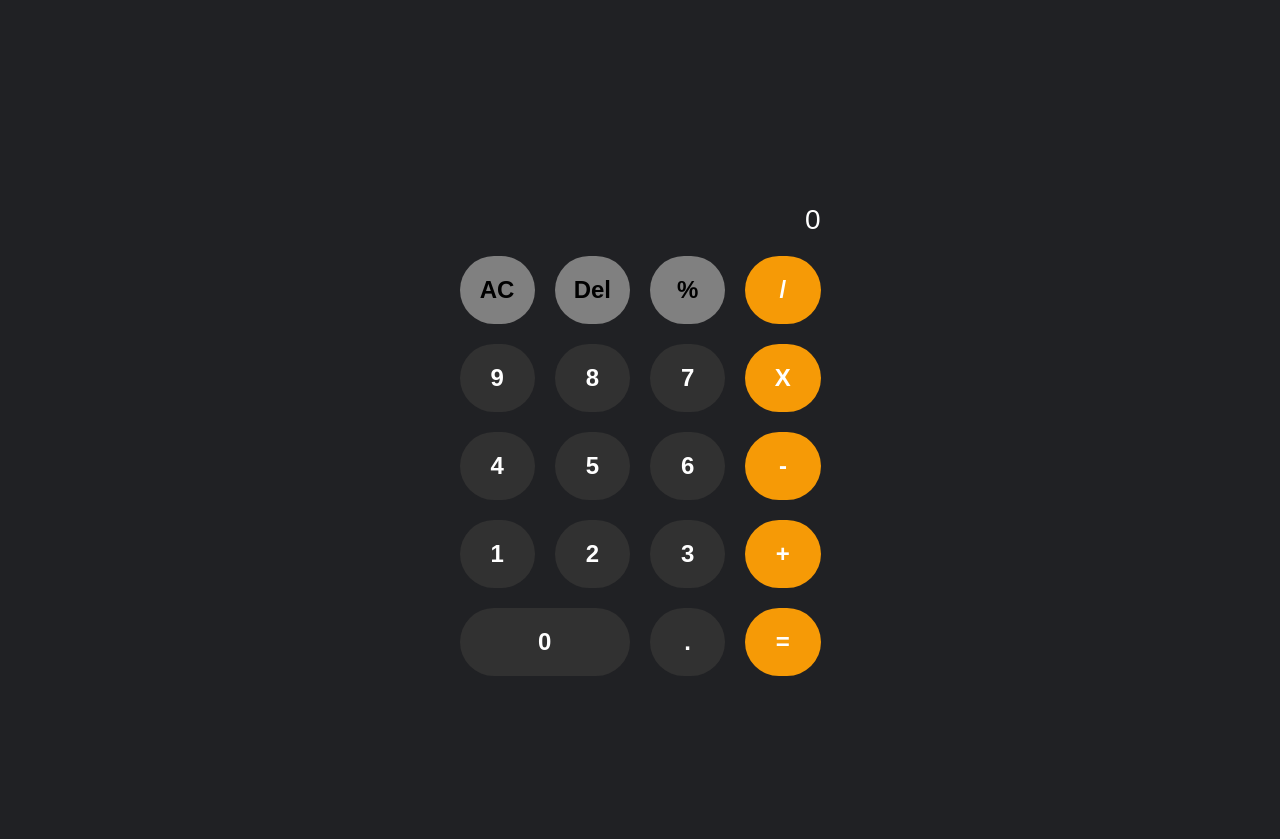
Repository: ble-syn/reactCalculator
Page: /
The author's editor kept a copy of each file at every save. The page is drawn from the files as they stood at one save, then again after the next save.
The browser window is 1280 px wide. The pictures show the whole page.
The project was rebuilt for these pictures with package versions that can differ from the ones it lists, and the page was loaded fresh each time.

Above is the page before, as saved 2022-10-06 22:30:27.

### src/index.css
*{
  margin: 0;
  box-sizing: border-box;
}

body{
  display: flex;
  justify-content: center;
  align-items: center;
  flex-direction: column;
  background-color: #202124;
  color: #fff;
  margin: 12% auto;
  background: #202124;

}
/* .container {
  max-width: 1200px;
  padding: 10px;
} */
#calculator-display {
  border: none;
  width: 100%;
  text-align: right;
  font-size: 28px;
  padding: 50px 10px 10px;
  right: 10px;
  color: #fff;
  background-color: #202124;
}
#calculator-display:focus {
  outline: none;
}
#calculator-display::-webkit-input-placeholder {
  color: #fff;
}
.calculator-keys{
  display: grid;
  grid-template-columns: repeat(4, 1fr);
  grid-gap: 20px;
  margin: 10px;
}
button {
  padding: 20px 15px;
  display: grid;
  place-items: center;
  outline: none;
  border-radius: 50px;
  font-weight: 700;
  border: none;
  color: #fff;
  background-color: #313131;
  font-size: 24px;
  cursor: pointer;
}
button:focus {
  background-color: #D1D1D1;
}
.zero {
  grid-column: 1/3;
}
.gray {
  background-color: gray;
  color: #000;
}
.yellow {
  background-color: #F69A06;
}
.yellow:focus{
  background-color: #ffffff;
  color: #F69A06;
}

### src/App.js
import {useState} from "react";

function App() {
  const [numDisplay, setNumDisplay] = useState("")
  const operators = ["+", "-", "*", "/"]

const numClick = (event) => {
      event.preventDefault()

      let value = event.target.value
      setNumDisplay(numDisplay + value)
}


const deleteNum = () => {
  setNumDisplay(numDisplay.slice(0, -1))
}
const reset = () => {
  setNumDisplay("")
}
const percent = () => {
  setNumDisplay(numDisplay / 100)
}
const equals = () => {
  setNumDisplay(eval(numDisplay))
}

  return (
    <main id="container">
      <div class="calculator">
          <div><input id="calculator-display" type="text" placeholder="0" value={numDisplay} /></div>

        <div class="calculator-keys">
            <button onClick={reset} value=" " class="gray">AC</button>
            <button onClick={deleteNum} value="" class="gray">Del</button>
            <button onClick={percent} value="%" class="gray">%</button>
            <button onClick={numClick} value="/" class="yellow">/</button>
            <button onClick={numClick} value="9">9</button>
            <button onClick={numClick} value="8">8</button>
            <button onClick={numClick} value="7" >7</button>
            <button onClick={numClick} value="*" class="yellow">X</button>
            <button onClick={numClick} value="4">4</button>
            <button onClick={numClick} value="5">5</button>
            <button onClick={numClick} value="6">6</button>
            <button onClick={numClick} value="-" class= "yellow">-</button>
            <button onClick={numClick} value="1">1</button>
            <button onClick={numClick} value="2">2</button>
            <button onClick={numClick} value="3">3</button>
            <button onClick={numClick} value="+" class="yellow">+</button>
            <button onClick={numClick} value="0" class="zero" >0</button>
            <button onClick={numClick} value="." data-action="decimal">.</button>
            <button onClick={equals} value="=" class="yellow">=</button>
        </div>
      </div>
    </main>
  )
}

export default App;

Loaded but not shown: public/index.html (common file); src/index.js (common file); src/reportWebVitals.js (common file)

After the next save:
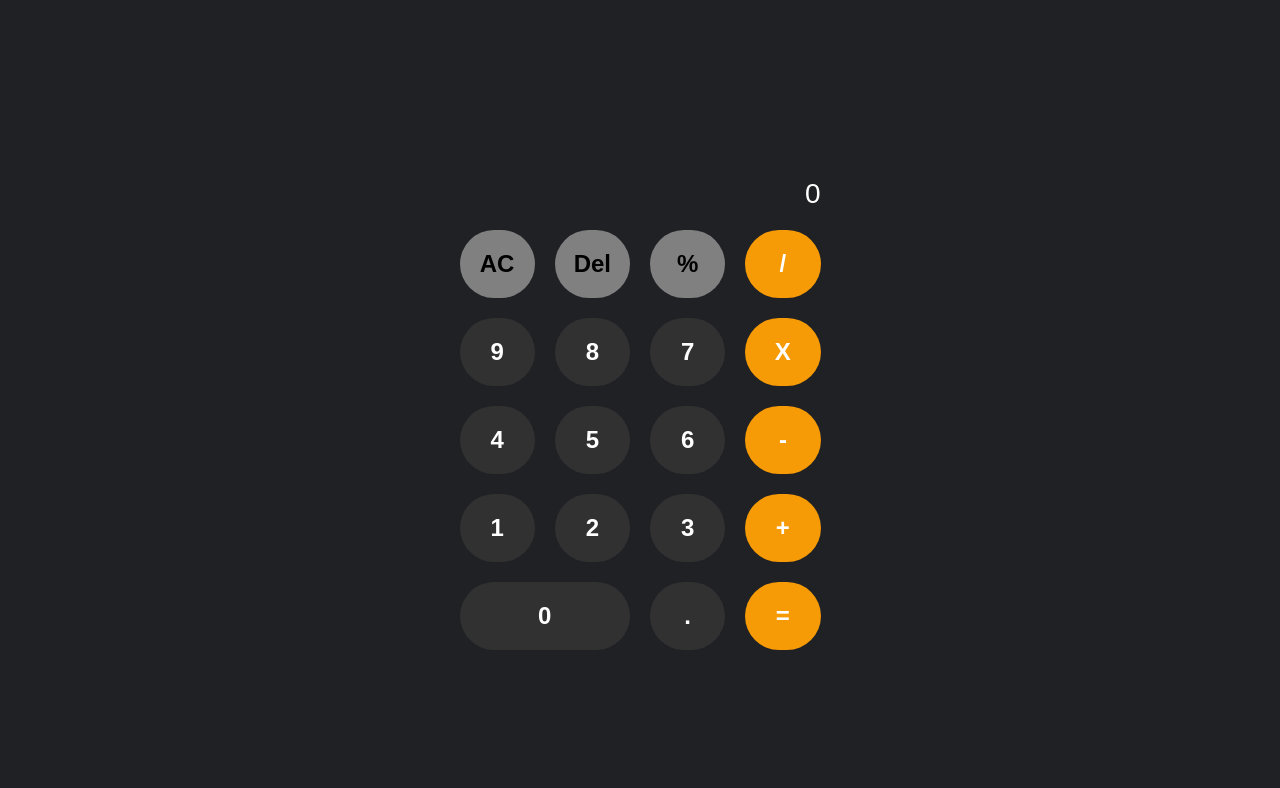
Saved 32 s later.
--- a/src/index.css
+++ b/src/index.css
@@ -10,7 +10,7 @@ body{
   flex-direction: column;
   background-color: #202124;
   color: #fff;
-  margin: 12% auto;
+  margin: 10% auto;
   background: #202124;
 
 }
